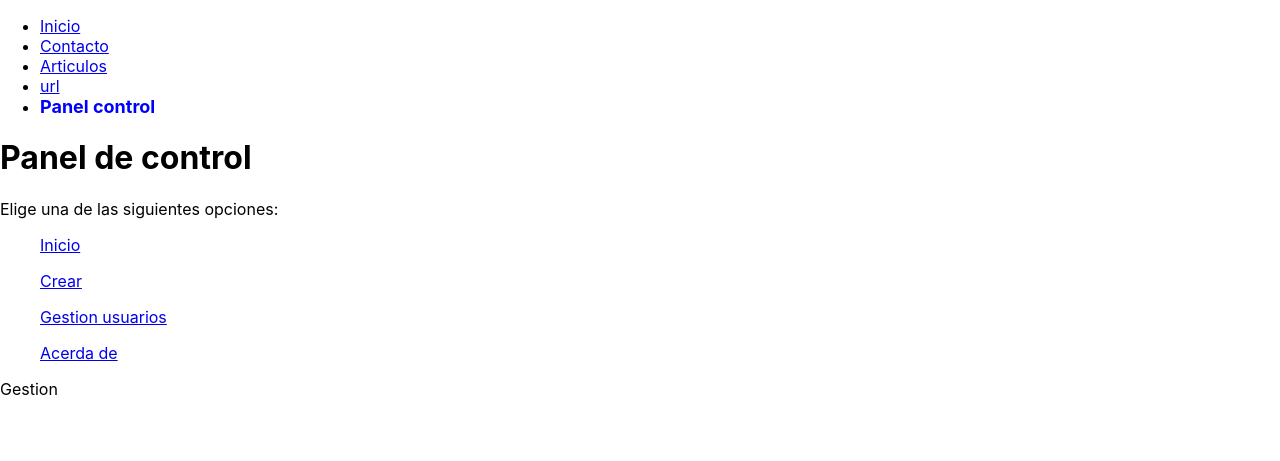
Repository: DamianBermudez94/react-router
Page: /panel/gestio-usuarios
An editor plug-in stored every save of this project. The page is shown before and after the next save, followed by the edit.
The browser window is 1280 px wide. The pictures show the whole page.
The project was rebuilt for these pictures with package versions that can differ from the ones it lists, and the page was loaded fresh each time. Also part of the build but not shown: src/components/Inicio.js, src/components/Articulos.js, src/components/Contacto.js, src/components/Error.js, src/components/ParametrosRutas.js, src/components/panel/Acerda.js, src/components/panel/Crear.js.

Above is the page before, as saved 2023-05-01 10:14:08.

### src/App.js

import './App.css';
import { RouterPrincipal } from './routers/RouterPrincipal';

function App() {
  return (
    <RouterPrincipal/>
  );
}

export default App;

### src/App.css
.App {
  text-align: center;
}

.App-logo {
  height: 40vmin;
  pointer-events: none;
}

@media (prefers-reduced-motion: no-preference) {
  .App-logo {
    animation: App-logo-spin infinite 20s linear;
  }
}

.App-header {
  background-color: #282c34;
  min-height: 100vh;
  display: flex;
  flex-direction: column;
  align-items: center;
  justify-content: center;
  font-size: calc(10px + 2vmin);
  color: white;
}

.App-link {
  color: #61dafb;
}
.activado{
  font-size: 18px;
  text-decoration: none;
  color: blue;
  font-weight: bold;


}
@keyframes App-logo-spin {
  from {
    transform: rotate(0deg);
  }
  to {
    transform: rotate(360deg);
  }
}

### src/routers/RouterPrincipal.js
import React from 'react'
import { Routes, Route, NavLink, BrowserRouter, Navigate} from "react-router-dom";
import { Inicio } from '../components/Inicio'
import { Articulos } from '../components/Articulos';
import { Contacto } from '../components/Contacto';
import { Error } from '../components/Error'
import { ParametrosRutas } from '../components/ParametrosRutas';
import { PanelControl } from '../components/PanelControl';
import { Acerda } from '../components/panel/Acerda';
import { InicioPanel } from '../components/panel/Inicio';
import { Gestion } from '../components/panel/Gestion';
import { Crear } from '../components/panel/Crear';
export const RouterPrincipal = () => {
  return (
    <div>
        <BrowserRouter>
            <nav>
                <ul>
                  <li>
                      <NavLink to="/inicio" className={({isActive}) => isActive ?   "activado" : "" }>
                      Inicio
                      </NavLink></li>
                  <li>
                      <NavLink to="/contacto"  className={({isActive}) =>       isActive ? "activado" : "" }>
                      Contacto
                      </NavLink>
                    </li>
                  <li>
                      <NavLink to="/articulos"  className={({isActive}) => isActive ? "activado" : "" }>
                      Articulos
                      </NavLink>
                    </li>
                    <li>
                      <NavLink to="/persona"  className={({isActive}) => isActive ? "activado" : "" }>
                      url
                      </NavLink>
                    </li>

                    <li>
                      <NavLink to="/panel"  className={({isActive}) => isActive ? "activado" : "" }>
                      Panel control
                      </NavLink>
                    </li>
                </ul>
            </nav>
            <Routes>
                <Route path='/' element={<Inicio/>}/>
                <Route path='/inicio' element={<Inicio/>}/>
                <Route path='/contacto' element={<Contacto/>}/>
                <Route path='/articulos' element={<Articulos />}/>
                <Route path='/persona/:nombre/:apellido' element={<ParametrosRutas/>}/>
                <Route path='/persona/:nombre' element={<ParametrosRutas/>}/>
                <Route path='/persona' element={<ParametrosRutas/>}/>
                <Route path='/redirigir' element={<Navigate to="/persona/damian/bermudez"/>}/>
                <Route path='*' element={<Error/>}/>
                <Route path='/panel/*' element={<PanelControl/>}>
                    <Route index element={<InicioPanel/>}/>
                    <Route path='inicio' element={<InicioPanel/>}/>
                    <Route path='crear' element={<Crear/>}/>
                    <Route path='gestio-usuarios' element={<Gestion/>}/>
                    <Route path='acerda-de' element={<Acerda/>}/>
                </Route>
            </Routes>

        </BrowserRouter>

    </div>
  )
}

### src/components/PanelControl.js
import React from 'react'
import { NavLink, Outlet } from 'react-router-dom'

export const PanelControl = () => {
  return (
    <div>
        <h1>Panel de control</h1>
        <span>Elige una de las siguientes opciones:</span>
        <nav>
            <ul>
                <NavLink to="/panel/inicio">Inicio</NavLink>
            </ul>
            <ul>
                <NavLink to="/panel/crear">Crear</NavLink>
            </ul>
            <ul>
                <NavLink to="/panel/gestion-usuarios">Gestion usuarios</NavLink>
            </ul>
            <ul>
                <NavLink to="/panel/acerda-de">Acerda de</NavLink>
            </ul>
        </nav>
        <div>
            {/*Contenedor donde se van a mostar las sub rutas*/}
            <Outlet/>
        </div>
    </div>
  )
}

### src/components/panel/Gestion.js
import React from 'react'

export const Gestion = () => {
  return (
    <div>Gestion</div>
  )
}

Loaded but not shown: public/index.html (common file); src/index.js (common file); src/index.css (common file); src/components/panel/Inicio.js (no stored copy; drawn as an empty file)

After the next save:
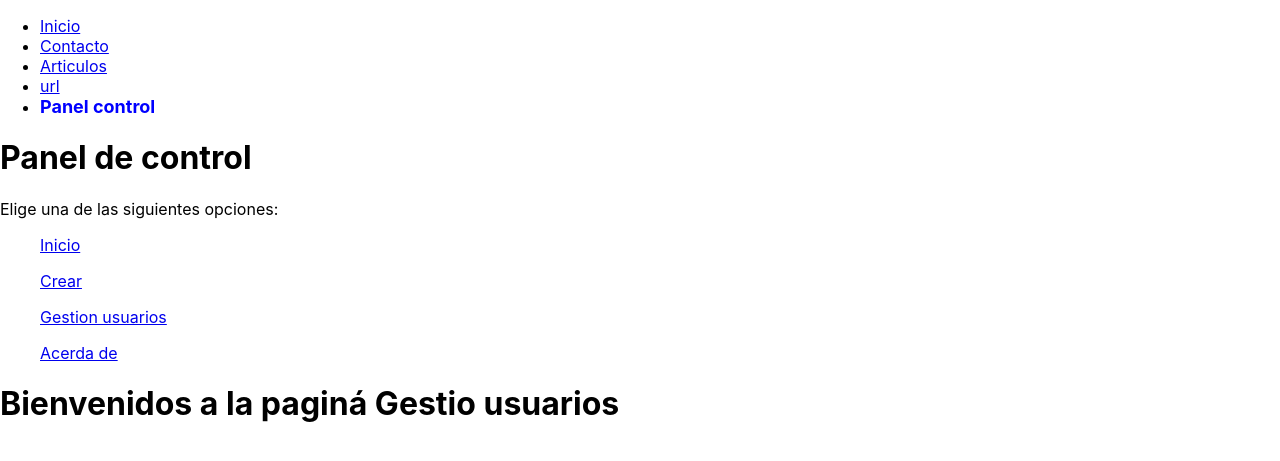
Saved 20 s later.
--- a/src/components/panel/Gestion.js
+++ b/src/components/panel/Gestion.js
@@ -2,6 +2,8 @@ import React from 'react'
 
 export const Gestion = () => {
   return (
-    <div>Gestion</div>
+    <div>
+         <h1>Bienvenidos a la paginá <strong>Gestio usuarios</strong></h1>
+    </div>
   )
 }
